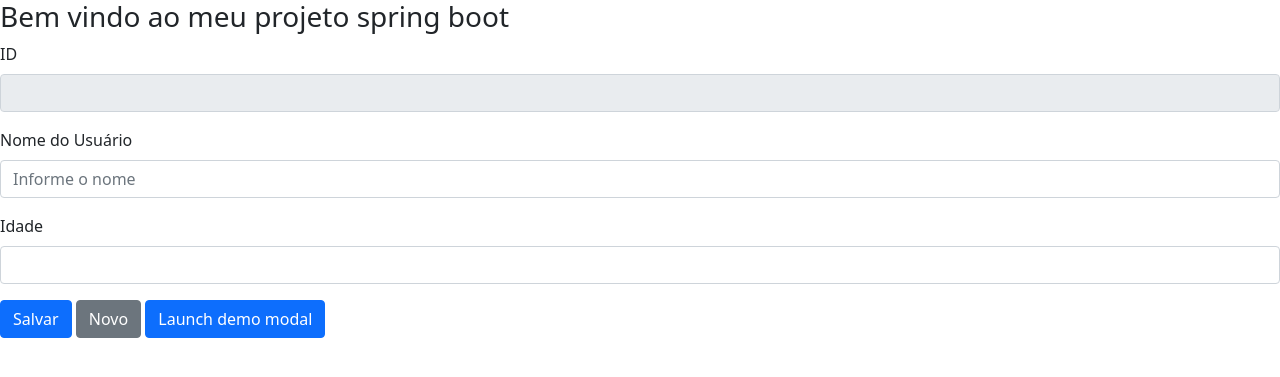
Repository: juliocoosta/Projeto_Crud_Com_SpringBoot_RestAPI
Page: springboot-rest-api-sample/src/main/resources/static/index.html
These files come from the project's save history. The page is drawn as it stood at one moment and after the next save; the edit follows.
The browser window is 1280 px wide. The pictures show the whole page.

Above is the page before, as saved 2023-04-26 13:50:14.

After the next save:
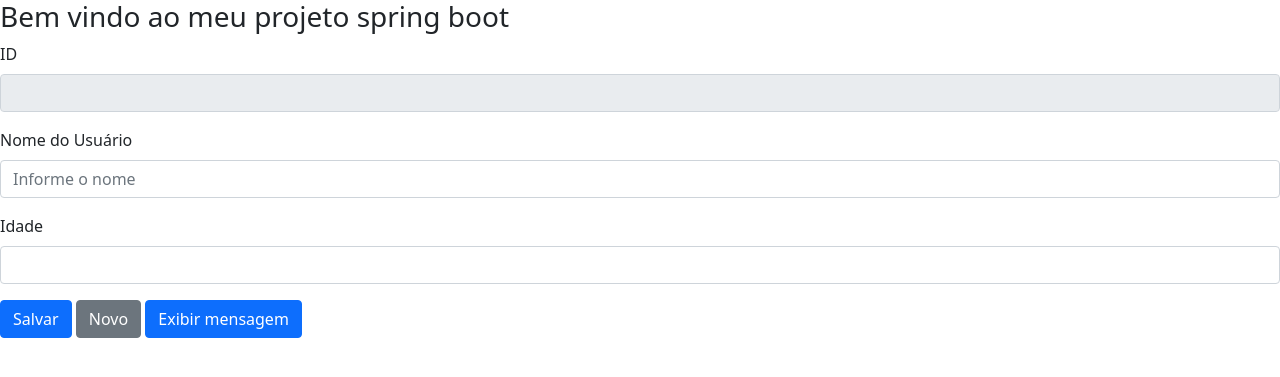
Saved 2 min 36 s later.
--- a/springboot-rest-api-sample/src/main/resources/static/index.html
+++ b/springboot-rest-api-sample/src/main/resources/static/index.html
@@ -32,10 +32,9 @@
 
 		<button type="button" class="btn btn-primary" onclick="salvarUsuario()">Salvar</button>
 		<button type="button" class="btn btn-secondary"onclick="document.getElementById('formCadastroUser').reset();">Novo</button>
+		<button class="btn btn-primary" data-toggle="modal" data-target="#modal-mensagem">Exibir mensagem</button>
 
-	<!-- Button trigger modal -->
-	<button type="button" class="btn btn-primary" data-bs-toggle="modal"
-		data-bs-target="#exampleModal">Launch demo modal</button>
+
 
 	<!-- Modal -->
 	<div class="modal fade" id="exampleModal" tabindex="-1"
